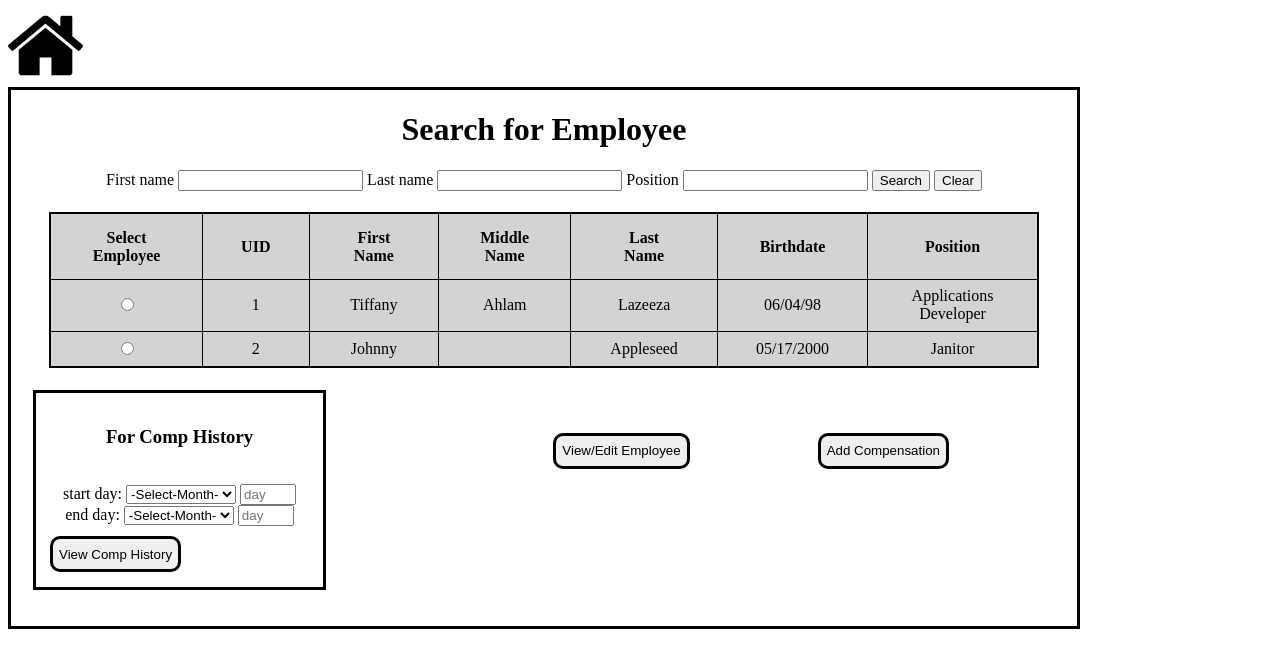
Repository: ticross18/SpringBootEmployeeSystem
Page: EmploymentSystem/src/main/resources/static/searchEmp.html
An editor plug-in stored every save of this project. The page is shown before and after the next save, followed by the edit.
The browser window is 1280 px wide. The pictures show the whole page.

Above is the page before, as saved 2022-05-17 18:15:23.

### EmploymentSystem/src/main/resources/static/searchEmp.html
<!DOCTYPE html>
<html>
<head>
	<title>Search for Employee</title>
	<meta charset="UTF-8">
	<meta name="viewport" content="width=device-width, initial-scale=1.0">
	<link href="css/screens.css" rel="stylesheet" type="text/css">
</head>
<body>

<a href="/"><img src="images/homeIcon2.png" id="homeButton" alt="home button"></a>

<div id="SearchEmpBox" >
	<h1 id="title">Search for Employee</h1>

	<form>
		<label for="fname">First name </label>
		<input type="text" id="fname" name="fname">
		<label for="lname">Last name  </label>
		<input type="text" id="lname" name="lname">
		<label for="position">Position</label>
		<input type="text" id="position" name="position">
		<button type="button" name ="search">Search</button>
		<button type="clear" name ="clear">Clear</button>
	</form>

	<table border=1  rules=rows id="results" >
		<tr>
			<th>Select Employee</th>
			<th>UID</th>
			<th>First Name</th>
			<th>Middle Name</th>
			<th>Last Name</th>
			<th>Birthdate</th>
			<th>Position</th>
		</tr>
		 <tr class="entries">
			<td><input type="radio" name="edit" class="editEmp"/></td>
			<td>1</td>
			<td>Tiffany</td>
			<td>Ahlam</td>
			<td>Lazeeza</td>
			<td>06/04/98</td>
			<td>Applications Developer</td>
		</tr>
		 <tr class="entries">
			<td><input type="radio" name="edit" class="editEmp"/></td>
			<td>2</td>
			<td>Johnny</td>
			<td></td>
			<td>Appleseed</td>
			<td>05/17/2000</td>
			<td>Janitor</td>
		</tr>

	</table>

     <button type="button" class="optionButtons" onclick="location.href = '#';" style="float:right; margin-top:6vh;" id="addEmp" > Add Compensation </button>

     <button type="button" class="optionButtons" onclick="location.href = '#';" style="float:right; margin-top:6vh;" id="viewEditEmp"> View/Edit Employee </button>

	<div id="dateRange">
		<h3>For Comp History</h3><br>

		<label >start day:</label>
		    <select class='monthDropDown'>
			    <option selected value=''>-Select-Month-</option>
			    <option value='1'>January</option>
			    <option value='2'>February</option>
			    <option value='3'>March</option>
			    <option value='4'>April</option>
			    <option value='5'>May</option>
			    <option value='6'>June</option>
			    <option value='7'>July</option>
			    <option value='8'>August</option>
			    <option value='9'>September</option>
			    <option value='10'>October</option>
			    <option value='11'>November</option>
			    <option value='12'>December</option>
		    </select>
		    <input type="number"min="1" max="31" placeholder="day"/>

		    <br>

		<label>end day:</label>
		<select class='monthDropDown'>
		    <option selected value=''>-Select-Month-</option>
		    <option value='1'>January</option>
		    <option value='2'>February</option>
		    <option value='3'>March</option>
		    <option value='4'>April</option>
		    <option value='5'>May</option>
		    <option value='6'>June</option>
		    <option value='7'>July</option>
		    <option value='8'>August</option>
		    <option value='9'>September</option>
		    <option value='10'>October</option>
		    <option value='11'>November</option>
		    <option value='12'>December</option>
	    </select>
	    <input type="number"min="1" max="31" placeholder="day"/>
	     <br><button type="button" class="optionButtons" onclick="location.href = '#';" id="compHistory" > View Comp History </button>

	</div>


</div>
</body>
</html>

### EmploymentSystem/src/main/resources/static/css/screens.css
.container {
   display: flex;

}

#homeButton{
	width:75px;
	height:75px;
	position: relative;
}

.asterisk{
	color: red;
}

#addEmpBox {
	padding-left: 40vw;
	border: 3px solid rgb(0, 0, 0);
	padding-bottom: 15px;
}

#addEmpBox input {
	margin-bottom: 15px;
	padding: 2px;
}

#SearchEmpBox {
	border: 3px solid rgb(0, 0, 0);
	padding-bottom: 15px;
	margin-right: 15vw;
	text-align: center;
}

#userInput {
	display:inline-table;
}

#results {
	border: 2px solid black;
	margin: 10px;
	background-color: lightgrey;
	border-collapse: collapse;
	margin:  3vh 3vw;
}

#results th {
	padding: 2vh 3vw;
	border-left: 1px solid #000;
    border-right: 1px solid #000;
}

#results td {
	padding: 1vh 3vw ;
	border-left: 1px solid #000;
    border-right: 1px solid #000;

}

#finalEdit{
	text-align: left;
	position: left;
}

button.optionButtons {
	border-radius: 10px;
	margin-top: 10px;
	margin-right: 10vw;
	height: 5vh;
	border: 3px solid rgb(0, 0, 0);
}

button.optionButtons:active {
  box-shadow: 0 5px #666;
  transform: translateY(4px);
}

button.optionButtons:hover {
  background-color: rgb(255, 255, 128);
  cursor: pointer;
}

#dateRange {
	border: 3px solid rgb(0, 0, 0);
	width:fit-content;
	margin: 3vh;
	padding: 2vh;
}



.monthDropDown {
	width:110px;
}


tr.entries:hover {
  background-color: white;
  cursor: pointer;
}

After the next save:
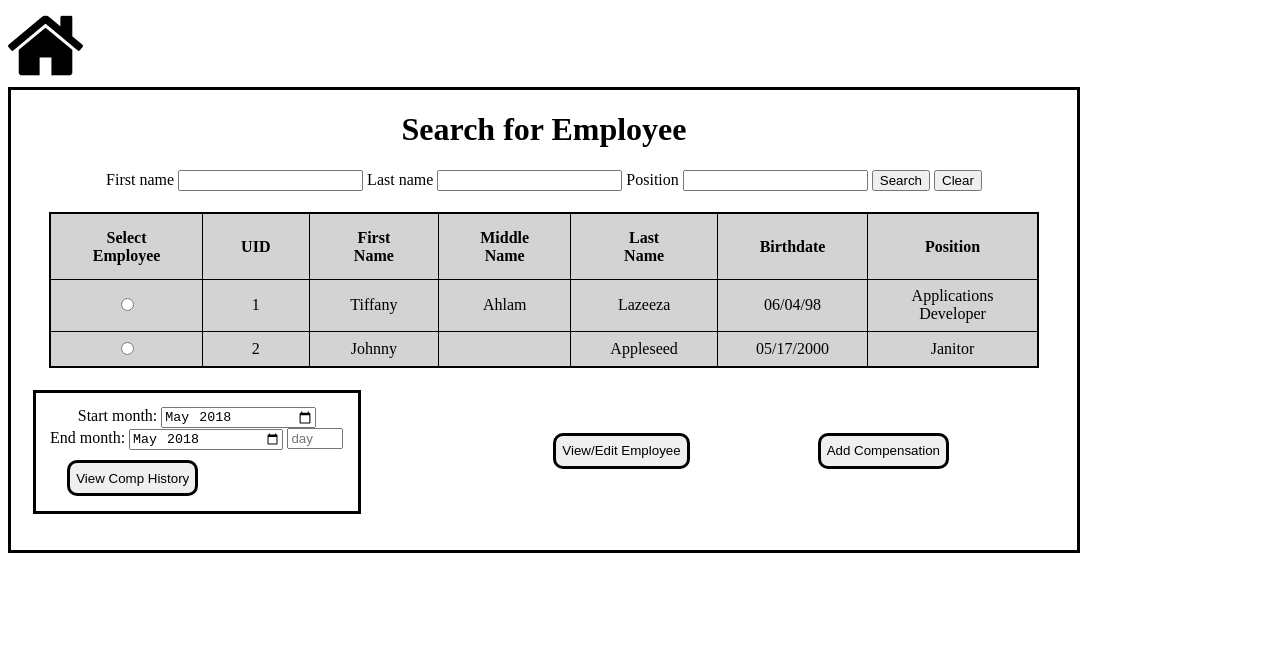
Saved 2 min 11 s later.
--- a/EmploymentSystem/src/main/resources/static/searchEmp.html
+++ b/EmploymentSystem/src/main/resources/static/searchEmp.html
@@ -60,43 +60,16 @@
      <button type="button" class="optionButtons" onclick="location.href = '#';" style="float:right; margin-top:6vh;" id="viewEditEmp"> View/Edit Employee </button>
 
 	<div id="dateRange">
-		<h3>For Comp History</h3><br>
-
-		<label >start day:</label>
-		    <select class='monthDropDown'>
-			    <option selected value=''>-Select-Month-</option>
-			    <option value='1'>January</option>
-			    <option value='2'>February</option>
-			    <option value='3'>March</option>
-			    <option value='4'>April</option>
-			    <option value='5'>May</option>
-			    <option value='6'>June</option>
-			    <option value='7'>July</option>
-			    <option value='8'>August</option>
-			    <option value='9'>September</option>
-			    <option value='10'>October</option>
-			    <option value='11'>November</option>
-			    <option value='12'>December</option>
-		    </select>
-		    <input type="number"min="1" max="31" placeholder="day"/>
+		<label for="start">Start month:</label>
+		<input type="month" id="start" name="start"
+     		  min="2018-03" value="2018-05">
 
 		    <br>
 
-		<label>end day:</label>
-		<select class='monthDropDown'>
-		    <option selected value=''>-Select-Month-</option>
-		    <option value='1'>January</option>
-		    <option value='2'>February</option>
-		    <option value='3'>March</option>
-		    <option value='4'>April</option>
-		    <option value='5'>May</option>
-		    <option value='6'>June</option>
-		    <option value='7'>July</option>
-		    <option value='8'>August</option>
-		    <option value='9'>September</option>
-		    <option value='10'>October</option>
-		    <option value='11'>November</option>
-		    <option value='12'>December</option>
+		<label for="start">End month:</label>
+		<input type="month" id="end" name="end"
+     		  min="2018-03" value="2018-05">
+
 	    </select>
 	    <input type="number"min="1" max="31" placeholder="day"/>
 	     <br><button type="button" class="optionButtons" onclick="location.href = '#';" id="compHistory" > View Comp History </button>
